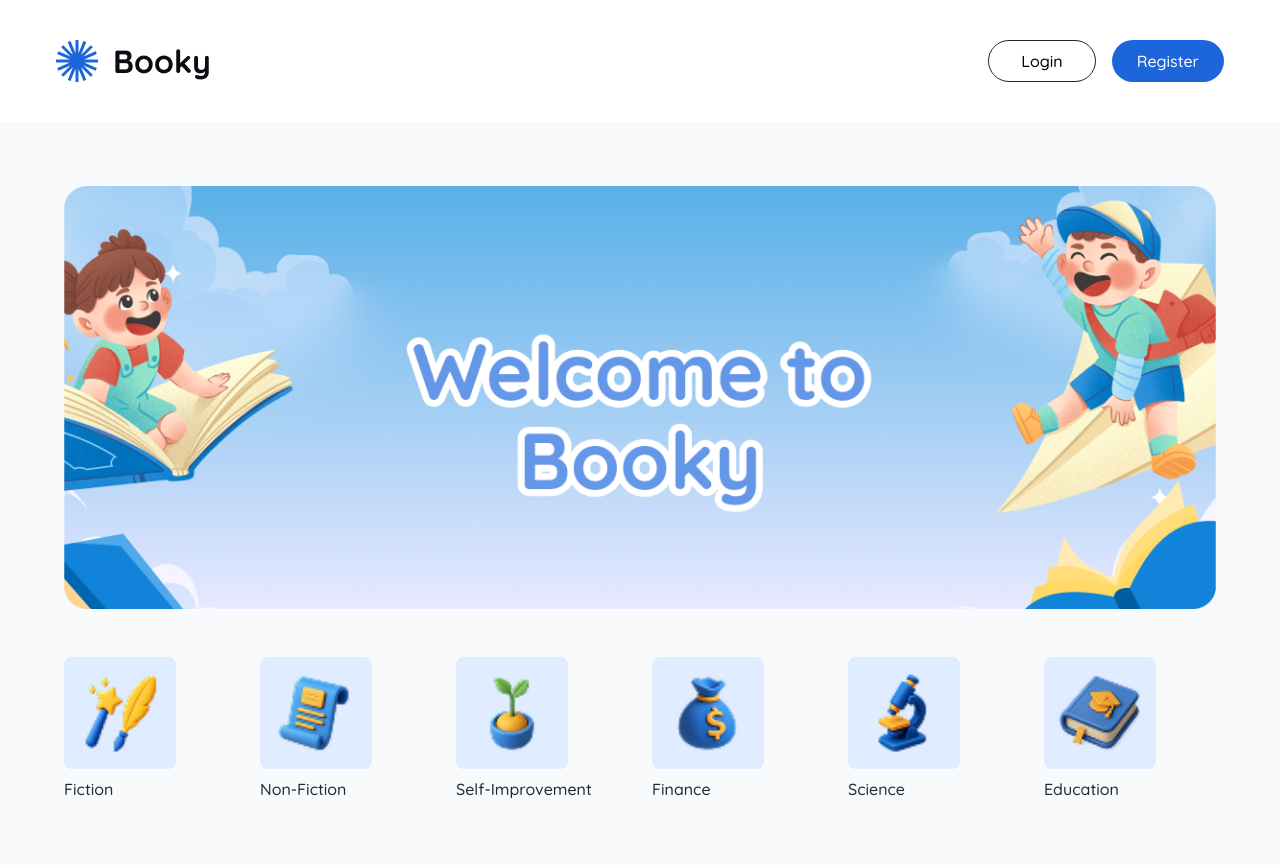
Repository: faridsyafaat/library-app
Page: /
The author's editor kept a copy of each file at every save. The page is drawn from the files as they stood at one save, then again after the next save.
The browser window is 1280 px wide. The pictures show the whole page.
The project was rebuilt for these pictures with package versions that can differ from the ones it lists, and the page was loaded fresh each time. Also part of the build but not shown: vite.config.ts, src/pages/Login.tsx, src/pages/Register.tsx.

Above is the page before, as saved 2025-11-24 19:02:46.

### index.html
<!doctype html>
<html lang="en">
  <head>
    <meta charset="UTF-8" />
    <link rel="icon" type="image/svg+xml" href="/vite.svg" />
    <meta name="viewport" content="width=device-width, initial-scale=1.0" />
    <title>library-app</title>
  </head>
  <body>
    <div id="root"></div>
    <script type="module" src="/src/main.tsx"></script>
  </body>
</html>

### src/index.css
@import url('https://fonts.googleapis.com/css2?family=Quicksand:wght@300;400;500;600;700&display=swap');
@tailwind base;
@tailwind components;
@tailwind utilities;

:root {
  font-family: system-ui, Avenir, Helvetica, Arial, sans-serif;
  line-height: 1.5;
  font-weight: 400;
  font-synthesis: none;
  text-rendering: optimizeLegibility;
  -webkit-font-smoothing: antialiased;
  -moz-osx-font-smoothing: grayscale;
}

a {
  font-weight: 500;
  color: #646cff;
  text-decoration: inherit;
}
a:hover {
  color: #535bf2;
}

body {
  margin: 0;
  min-height: 100vh;
  }

h1 {
  font-size: 3.2em;
  line-height: 1.1;
}

button {
  border-radius: 8px;
  border: 1px solid transparent;
  padding: 0.6em 1.2em;
  font-size: 1em;
  font-weight: 500;
  font-family: inherit;
  background-color: #1a1a1a;
  cursor: pointer;
  transition: border-color 0.25s;
}
button:hover {
  border-color: #646cff;
}
button:focus,
button:focus-visible {
  outline: 4px auto -webkit-focus-ring-color;
}

@media (prefers-color-scheme: light) {
  :root {
    color: #213547;
    background-color: #ffffff;
  }
  a:hover {
    color: #747bff;
  }
  button {
    background-color: #f9f9f9;
  }
}

.container-custom {
  max-width: 1200px;
  margin-left: auto;
  margin-right: auto;
  padding-left: 1rem;
  padding-right: 1rem;
}

@layer base {
  body {
    @apply font-quicksand;
  }
}

### src/App.tsx
import { BrowserRouter as Router, Routes, Route, } from "react-router-dom";
import HomeBefore from "./pages/HomeBefore";
import Login from "./pages/Login";
import Register from "./pages/Register";


function App() {


  return (
    <Router>
      <Routes>
        <Route path="/" element={<HomeBefore />} />
        <Route path="/login" element={<Login />} />
        <Route path="/register" element={<Register />} />

      </Routes>
    </Router>
  );
}

export default App;

### src/pages/HomeBefore.tsx
import NavbarBefore from "@/components/layout/NavbarBefore";
import HeroSection from "@/components/sections/HeroSection";

export default function HomeBefore() {
  return (
    <div>
      <NavbarBefore />
      <HeroSection />

    </div>
  );
}

### src/components/layout/NavbarBefore.tsx
import Button from "@/components/ui/Button";
import { useNavigate } from "react-router-dom";

export default function NavbarBefore() {
  const navigate = useNavigate();

  return (
    <nav className="sticky top-0 z-50 bg-white">
      <div className="container mx-auto flex justify-between items-center py-10 px-4">
        {/* Logo */}
        <div className="flex items-left gap-2">
          <img src="/icon/booky.png" alt="Booky Logo" className="w-[155px] h-[42px]" />
        </div>

        {/* Buttons */}
        <div className="flex gap-4">
          <Button
            variant="outline"
            className="bg-white text-black border border-neutral-800 px-8 py-2"
            onClick={() => navigate("/login")}
          >
            Login
          </Button>
          <Button
            variant="default"
            className="px-10 py-2"
            onClick={() => navigate("/register")}
          >
            Register
          </Button>
        </div> {/* Tutup div buttons */}
      </div> {/* Tutup div container */}
    </nav>
  );
}

### src/components/sections/HeroSection.tsx

const bookCategories = [
  { name: "Fiction", img: "/image/hero1.png" },
  { name: "Non-Fiction", img: "/image/hero2.png" },
  { name: "Self-Improvement", img: "/image/hero3.png" },
  { name: "Finance", img: "/image/hero4.png" },
  { name: "Science", img: "/image/hero5.png" },
  { name: "Education", img: "/image/hero6.png" },
];

export default function HeroSection() {
  return (
    <section className="bg-gray-50 py-16">
      <div className="container mx-auto px-6">
        {/* Hero Image */}
        <div className="w-full">
          <img
            src="/image/herosection.png"
            alt="Hero Background"
            className="w-full h-auto rounded-xl"
          />
        </div>

        {/* Jenis Buku */}
       <div className="mt-12 grid grid-cols-2 sm:grid-cols-3 md:grid-cols-6 gap-6">
  {bookCategories.map((book) => (
    <div
      key={book.name}
      className="flex flex-col items-start cursor-pointer hover:scale-105 transition-transform"
    >
      <img
        src={book.img}
        alt={book.name}
        className="w-28 h-28 object-cover rounded-lg mb-2"
      />
      <span className="text-gray-800 font-medium">{book.name}</span>
    </div>
  ))}
</div>

      </div>
    </section>
  );
}

### src/components/ui/Button.tsx
import React from "react";
import clsx from "clsx";

interface ButtonProps extends React.ButtonHTMLAttributes<HTMLButtonElement> {
  variant?: "default" | "outline" | "short";
  size?: "sm" | "md" | "lg";
}

const Button: React.FC<ButtonProps> = ({
  variant = "default",
  className,
  children,
  ...props
}) => {
  const baseStyle = "inline-flex items-center justify-center font-medium focus:outline-none rounded-full disabled:opacity-50 disabled:pointer-events-none";

  const variants: Record<string, string> = {
    default: "bg-[#1C65DA] text-white px-6 py-2 hover:bg-blue-600",
    outline: "border border-gray-800 text-black bg-white px-6 py-2 hover:bg-gray-100",
    short: "px-4 py-2 rounded-md text-sm",
  };

  return (
    <button className={clsx(baseStyle, variants[variant], className)} {...props}>
      {children}
    </button>
  );
};

export default Button;

### tailwind.config.js
/** @type {import('tailwindcss').Config} */
module.exports = {
  content: [
    "./index.html",
    "./src/**/*.{js,ts,jsx,tsx}",
  ],
  theme: {
    extend: {
      fontFamily: {
        quicksand: ["Quicksand", "sans-serif"],
      },
    },
    container: {
      center: true,
      padding: '1rem',
      screens: {
        sm: "640px",
        md: "768px",
        lg: "1200px", // container lg = 1200px
        xl: "1200px",
        "2xl": "1200px"
      }
    }
  },
  plugins: [],
};

Loaded but not shown: src/main.tsx (common file)

After the next save:
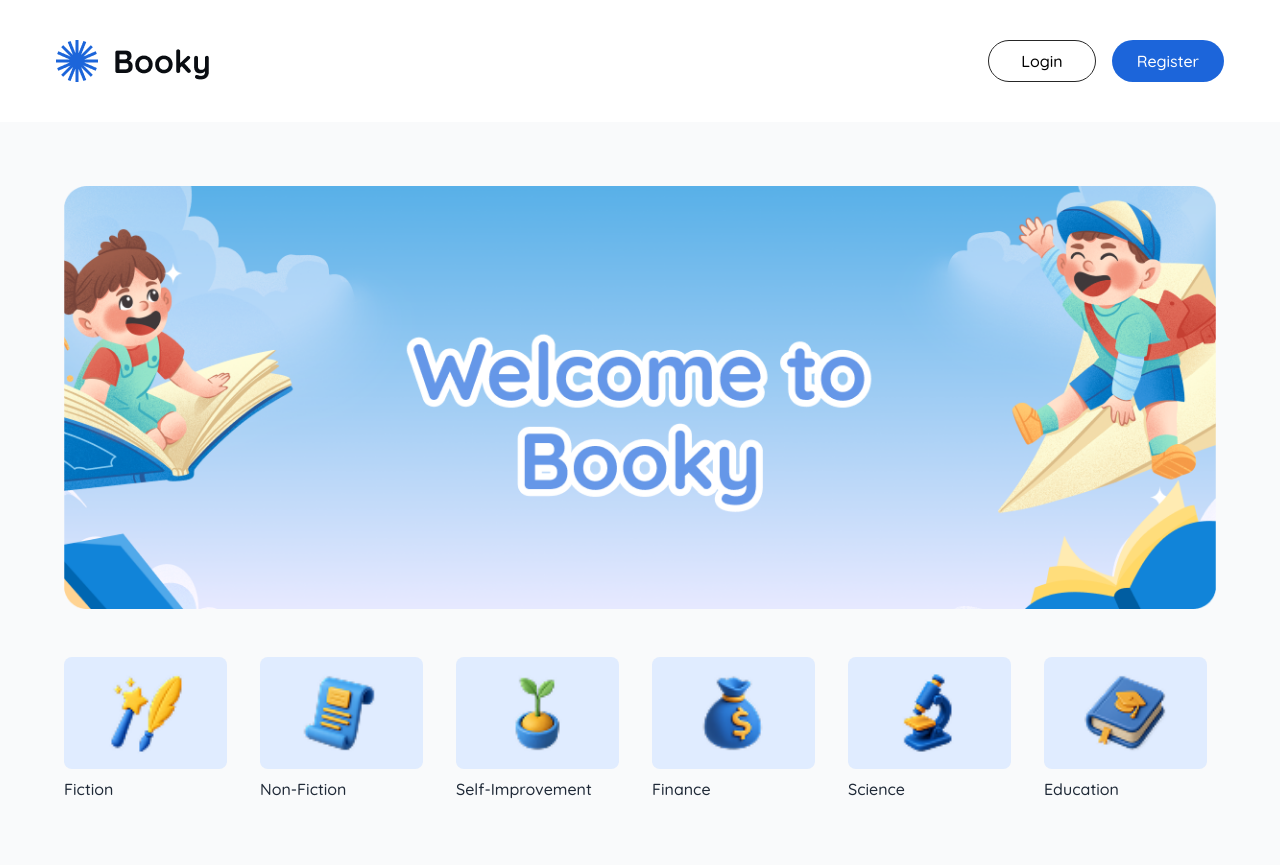
Saved 88 s later.
--- a/src/components/sections/HeroSection.tsx
+++ b/src/components/sections/HeroSection.tsx
@@ -31,7 +31,7 @@
       <img
         src={book.img}
         alt={book.name}
-        className="w-28 h-28 object-cover rounded-lg mb-2"
+        className="w-[162.67px] h-28 object-cover rounded-lg mb-2"
       />
       <span className="text-gray-800 font-medium">{book.name}</span>
     </div>
